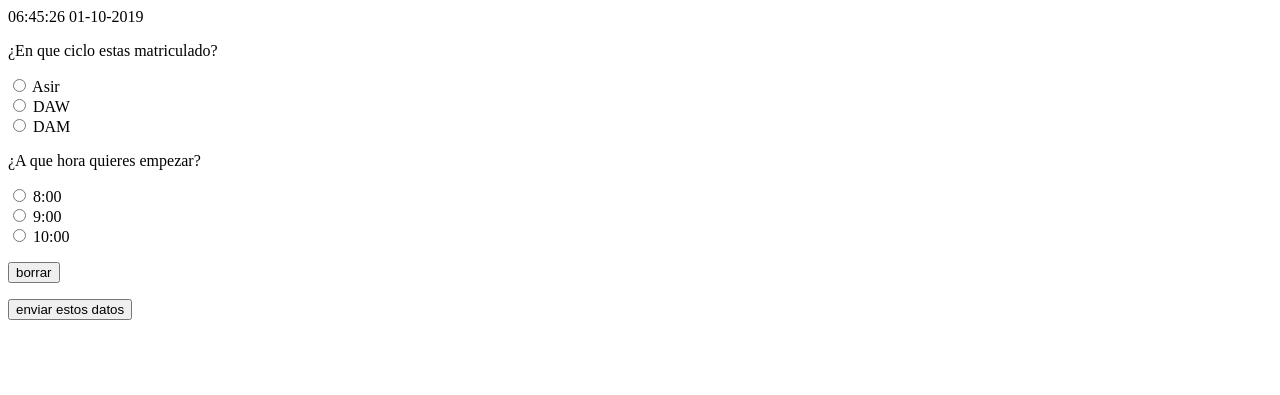
Repository: weertop/2DAW
Page: http://localhost/Formularios/checkRadio.jsp
These files come from the project's save history. The page is drawn as it stood at one moment and after the next save; the edit follows.
The browser window is 1280 px wide. The pictures show the whole page.
The page is served by Tomcat 9. Other server files are loaded and not shown.

Above is the page before, as saved 2019-10-02 09:36:05.

### DWServidor/eclipse-workspace-photom/Formularios/WebContent/checkRadio.jsp
<%@ page language="java" contentType="text/html; charset=UTF-8"
    pageEncoding="UTF-8"%>
<%@ page import="java.util.*, java.text.*" %>
<!DOCTYPE html>
<html>
<head>
<meta charset="UTF-8">
<title>Insert title here</title>
</head>
<body>
	<%
		Date fecha = new Date();
		String fechaFormato = "hh:mm:ss dd-MM-yyyy";
		SimpleDateFormat obj = new SimpleDateFormat(fechaFormato);
		out.println(obj.format(fecha));

	%>

	<form action="destinoCheckRadio.jsp" method="post">
		<p> ¿En que ciclo estas matriculado? </p>
		<input type="radio" name="ciclo" value="ASIR" /> Asir<br/>
		<input type="radio" name="ciclo" value="DAW" /> DAW<br/>
		<input type="radio" name="ciclo" value="DAM" /> DAM<br/>

		<p> ¿A que hora quieres empezar? </p>
		<input type="radio" name="hora" value="8" /> 8:00<br/>
		<input type="radio" name="hora" value="9" /> 9:00<br/>
		<input type="radio" name="hora" value="10" /> 10:00<br/>
		<p> <input type="reset" name="borrar" value="borrar" />	</p>
		<p> <input type="submit" name="enviar" value="enviar estos datos" /> </p> <!-- el value es lo que se enviara -->
	</form>
</body>
</html>

After the next save:
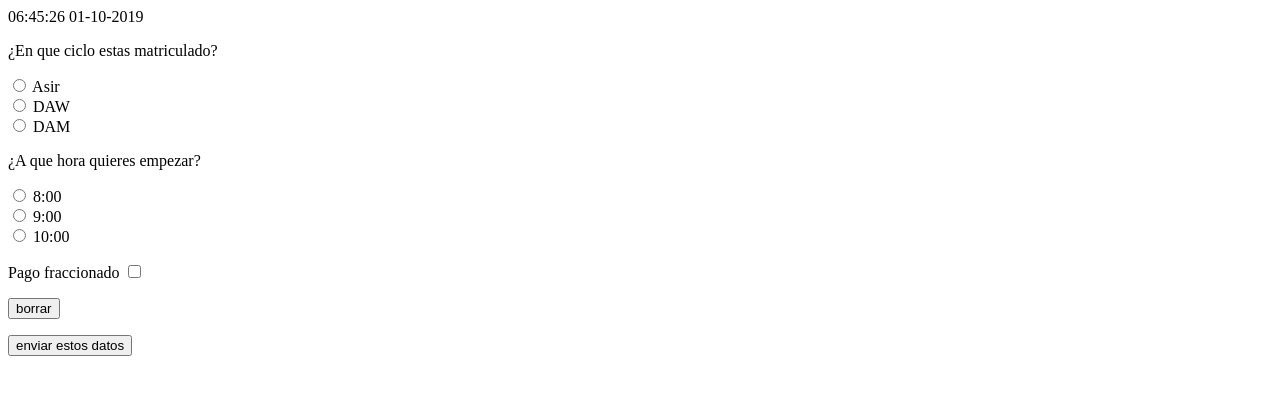
Saved 4 min 54 s later.
--- a/DWServidor/eclipse-workspace-photom/Formularios/WebContent/checkRadio.jsp
+++ b/DWServidor/eclipse-workspace-photom/Formularios/WebContent/checkRadio.jsp
@@ -26,6 +26,9 @@
 		<input type="radio" name="hora" value="8" /> 8:00<br/>
 		<input type="radio" name="hora" value="9" /> 9:00<br/>
 		<input type="radio" name="hora" value="10" /> 10:00<br/>
+
+		<p> Pago fraccionado <input type="checkbox" name="pago" value="fraccionado" />
+
 		<p> <input type="reset" name="borrar" value="borrar" />	</p>
 		<p> <input type="submit" name="enviar" value="enviar estos datos" /> </p> <!-- el value es lo que se enviara -->
 	</form>
